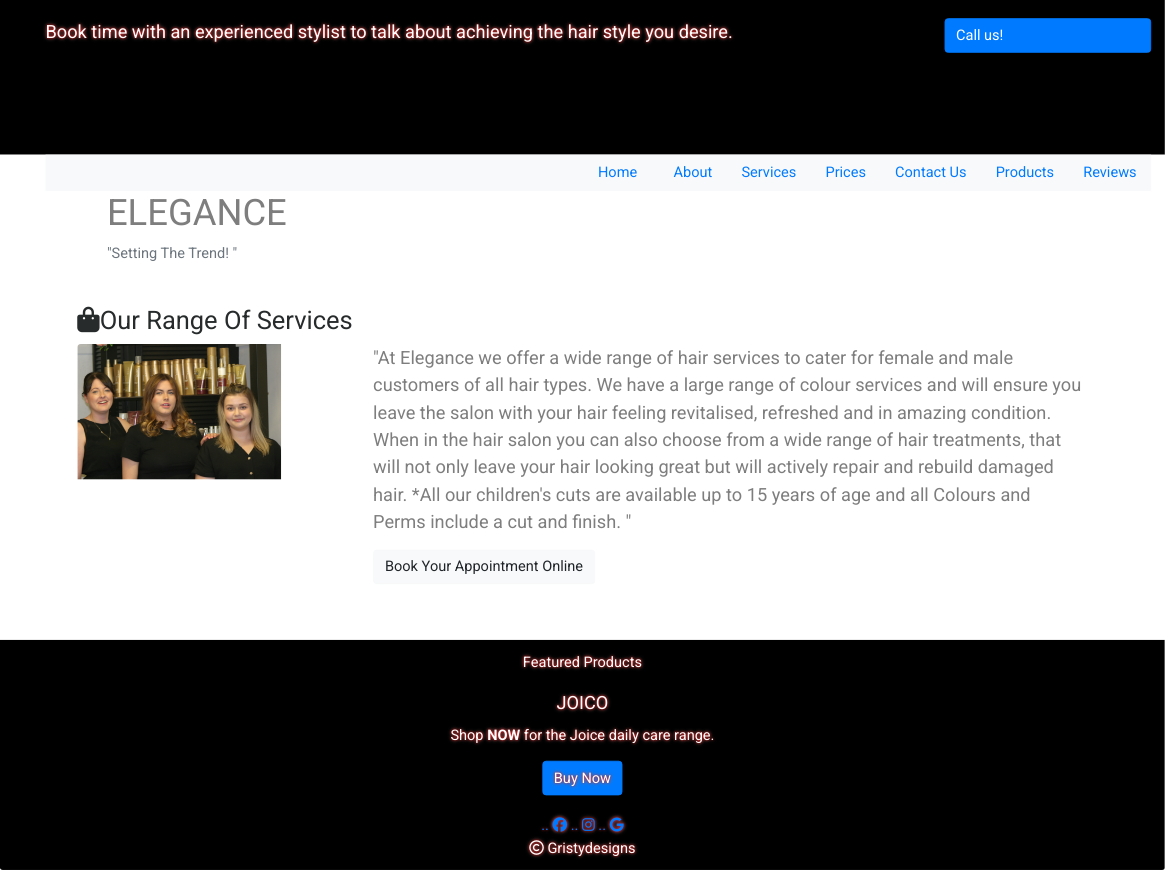
Repository: Gristydesigns/elegance-salon
Page: services.html
The author's editor kept a record of every edit. The page is drawn from the files as they stood at one moment, then again after the next edit.
The browser window is 1280 px wide. The pictures show the whole page, at 91% of full size.
Some web libraries are served in a nearby version.

Above is the page before.
Console error: TypeError: Cannot read properties of undefined (reading 'fn')

After the next edit:
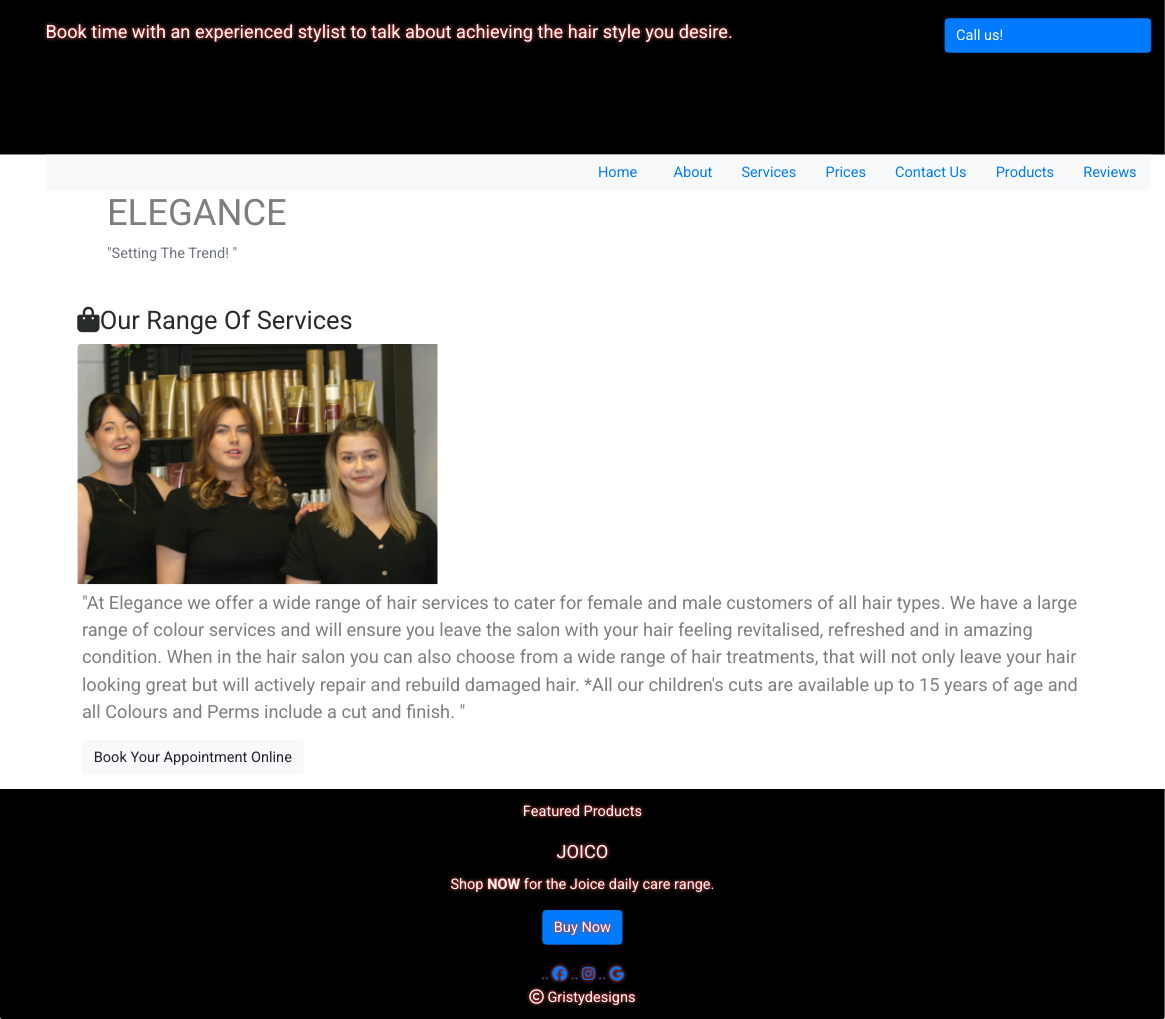
The edit:
--- a/services.html
+++ b/services.html
@@ -72,7 +72,7 @@
     <div class="row ">
      <div class="col-12 ">
       <h3 class="text "><i class="fas fa-shopping-bag "></i>Our Range Of Services </h3>
-        <div class="media ">
+        <div class="media-team ">
         <img src="image/team.JPG " class="img-fluid rounded " alt="Responsive image elegance salon  hair image">
          </div>
            <blockquote class="blockquote ">
